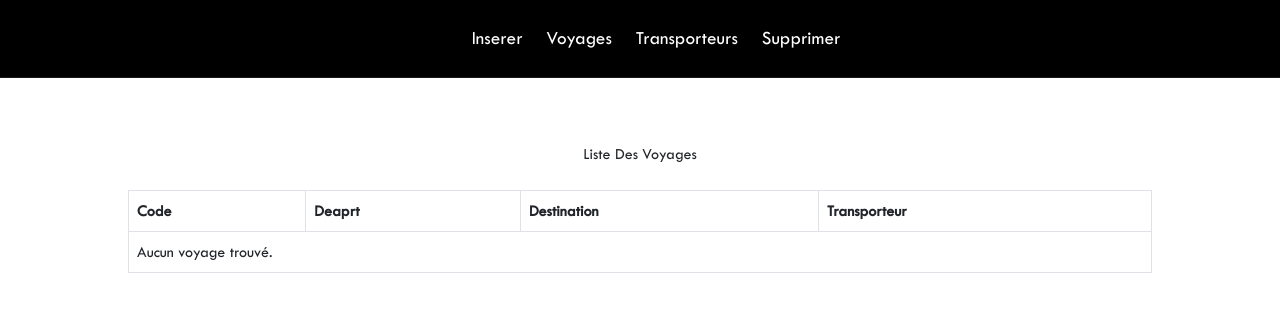
Repository: padevft/examen1-php
Page: http://localhost/server/pages/voyages.php
The author's editor kept a copy of each file at every save. The page is drawn from the files as they stood at one save, then again after the next save.
The browser window is 1280 px wide. The pictures show the whole page.
The page is run by PHP 8.4 with error messages shown; the project is at /var/www/html/.

Above is the page before, as saved 2023-10-10 23:34:02.

### server/pages/voyages.php
<?php
    // require_once('../voyage/includes/Voyage.php');
    // require_once('../voyage/modeleVoyage.php');
    function Ctr_Liste(){
        // return Mdl_Liste();
        return "";
    }
    $resultat = Ctr_Liste();
?>

<!DOCTYPE html>
<html lang="en">

<head>
  <meta charset="UTF-8" />
  <meta name="viewport" content="width=device-width, initial-scale=1.0" />
  <title>Examen1</title>

  <link rel="stylesheet" href="../../client/utilitaires/bootstrap/css/bootstrap.min.css">
  <link rel="stylesheet" href="../../client/utilitaires/font-awesome-4.7.0/css/font-awesome.min.css">
  <link rel="stylesheet" href="../../client/utilitaires/swiper/swiper-bundle.min.css">
  <link rel="stylesheet" href="../../client/css/styles.css">

</head>

<body>
  <header>
    <nav class="container-nav">
        <ul class="d-flex flex-row align-items-center justify-content-center gap-4 menu">
          <li><a href="./../../index.php" class="menu-item">Inserer</a></li>
            <li><a href="/server/pages/voyages.php" class="menu-item">Voyages</a></li>
            <li><a href="/server/pages/transporteurs.php" class="menu-item">Transporteurs</a></li>
            <li><a href="/server/pages/supprimerVols.php" class="menu-item">Supprimer</a></li>
        </ul>
    </nav>
  </header>
  <main class="voyages">
    <div class="d-flex justify-content-center py-3">Liste Des Voyages</div>
    <div class="table-responsive">
        <table class="table table-bordered rounded my-2 bg-white">
                <thead>
                    <tr class="active text-secondary">
                        <th>Code</th>
                        <th>Deaprt</th>
                        <th>Destination</th>
                        <th>Transporteur</th>
                    </tr>
                </thead>
                <tbody>
                <?php
                    // Testez si $resultat est un tableau
                    if (is_array($resultat)) {
                        // Si c'est un tableau, itérez à travers les éléments et affichez-les
                        foreach ($resultat as $row) {
                            echo "<tr>";
                            echo "<td>" . $row['code'] . "</td>";
                            echo "<td>" . $row['depart'] . "</td>";
                            echo "<td>" . $row['destination'] . "</td>";
                            echo "<td>" . $row['transporteur'] . "</td>";
                            echo "</tr>";
                        }
                    } else {
                        // Sinon, affichez un message d'erreur
                        echo "<tr><td colspan='4'>Aucun voyage trouvé.</td></tr>";
                    }
                    ?>
                </tbody>
            </table>
    </div>

  </main>
  </main>
  <script src="../../client/utilitaires/Jquery/jquery-3.6.0.min.js"></script>
  <script src="../../client/utilitaires/bootstrap/js/bootstrap.min.js"></script>
</body>

</html>

### client/css/styles.css
/* var text-decoration */
@font-face {
  font-family: myfont;
  src: url(../utilitaires/fonts/ufonts.com_tw-cen-mt.ttf);
}

:root {
  --color-primary: #c54f13;
  --color-primary-1: #b76b452e;
  --color-white-1: #fff;
  --color-dashed: #cccccc2f;
  --color-dashed-1: #cccccc90;
  --color-bg-1: rgba(0, 0, 0, 0.366);
}

* {
  transition: all 0.5s ease;
}

body {
  font-family: myfont !important;
}
h1 {
  display: inline-flex;
  position: relative;
  cursor: pointer;
}

a {
  color: unset;
  outline: unset;
  text-decoration: none !important;
}

ul {
  list-style-type: none; /* Retire les puces */
}

/*

****************************
Header
****************************

*/

header ul {
  margin: 0 !important;
}
.container-nav {
  padding: 1.5rem 0rem;
  background-color: black;
  border-bottom: 1px solid rgba(255, 255, 255, 0.1);
}

.menu-item {
  display: inline;
  position: relative;
  color: var(--color-white-1);
  padding-bottom: 5px;
  font-size: 1.2rem;
}

.menu-item:hover {
  color: var(--color-primary);
}
.menu-item::before {
  content: "";
  position: absolute;
  bottom: 0;
  left: 0;
  background: var(--color-primary);
  height: 2.5px;
  opacity: 1;
  visibility: visible;
  width: 0;
  -webkit-transition: 0.4s all ease-out;
  -o-transition: 0.4s all ease-out;
  transition: 0.4s all ease-out;
}
.menu-item:hover:before {
  width: 100%;
}

.container-form{
  border : 1px solid #ccc;
  border-radius: 10px;
  height: 100vh;
}
.voyages{
  padding: 3rem 8rem;
}

Loaded but not shown: client/utilitaires/bootstrap/css/bootstrap.min.css (library); client/utilitaires/font-awesome-4.7.0/css/font-awesome.min.css (library); client/utilitaires/swiper/swiper-bundle.min.css (library); client/utilitaires/Jquery/jquery-3.6.0.min.js (library); client/utilitaires/bootstrap/js/bootstrap.min.js (library)

After the next save:
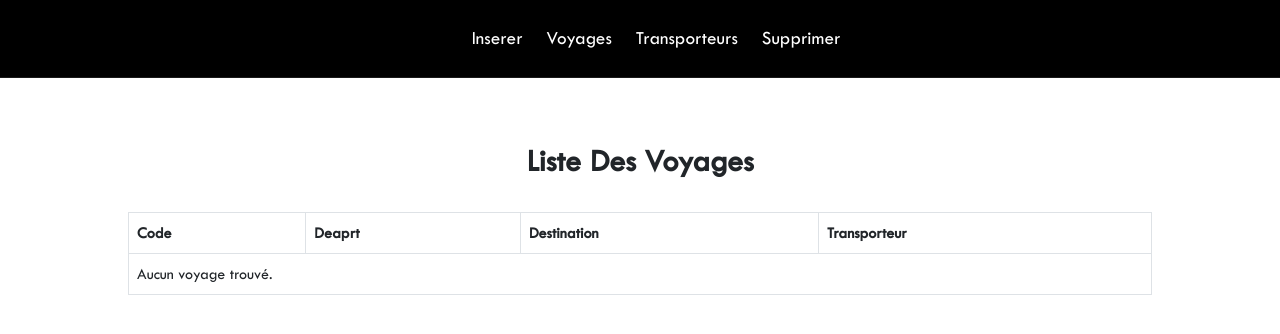
Saved 39 s later.
--- a/server/pages/voyages.php
+++ b/server/pages/voyages.php
@@ -35,7 +35,7 @@
     </nav>
   </header>
   <main class="voyages">
-    <div class="d-flex justify-content-center py-3">Liste Des Voyages</div>
+    <h2 class="d-flex justify-content-center py-3"><b>Liste Des Voyages</b></h2>
     <div class="table-responsive">
         <table class="table table-bordered rounded my-2 bg-white">
                 <thead>
